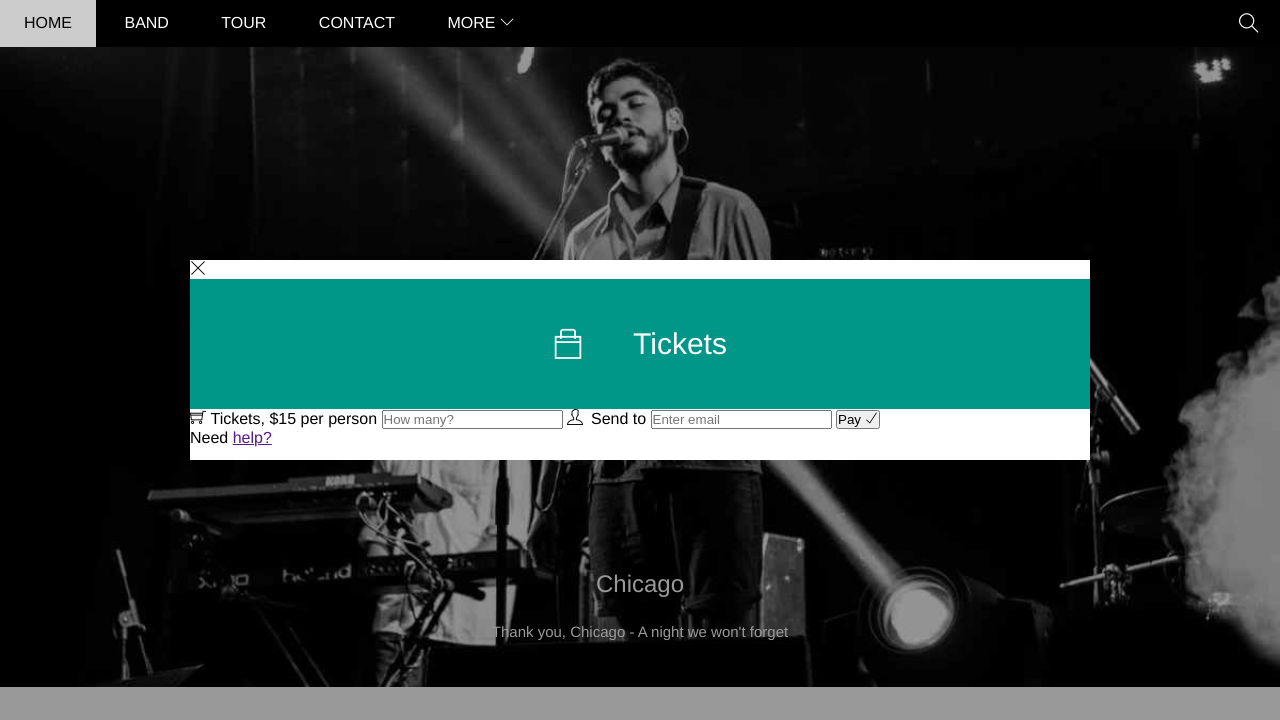
Repository: qhoa25623/The-Band
Page: index.html
An editor plug-in stored every save of this project. The page is shown before and after the next save, followed by the edit.
The browser window is 1280 px wide. The pictures show the window.
A layer covers the whole window, so only the first screen is drawn.

Above is the page before, as saved 2022-04-27 22:50:40.

After the next save:
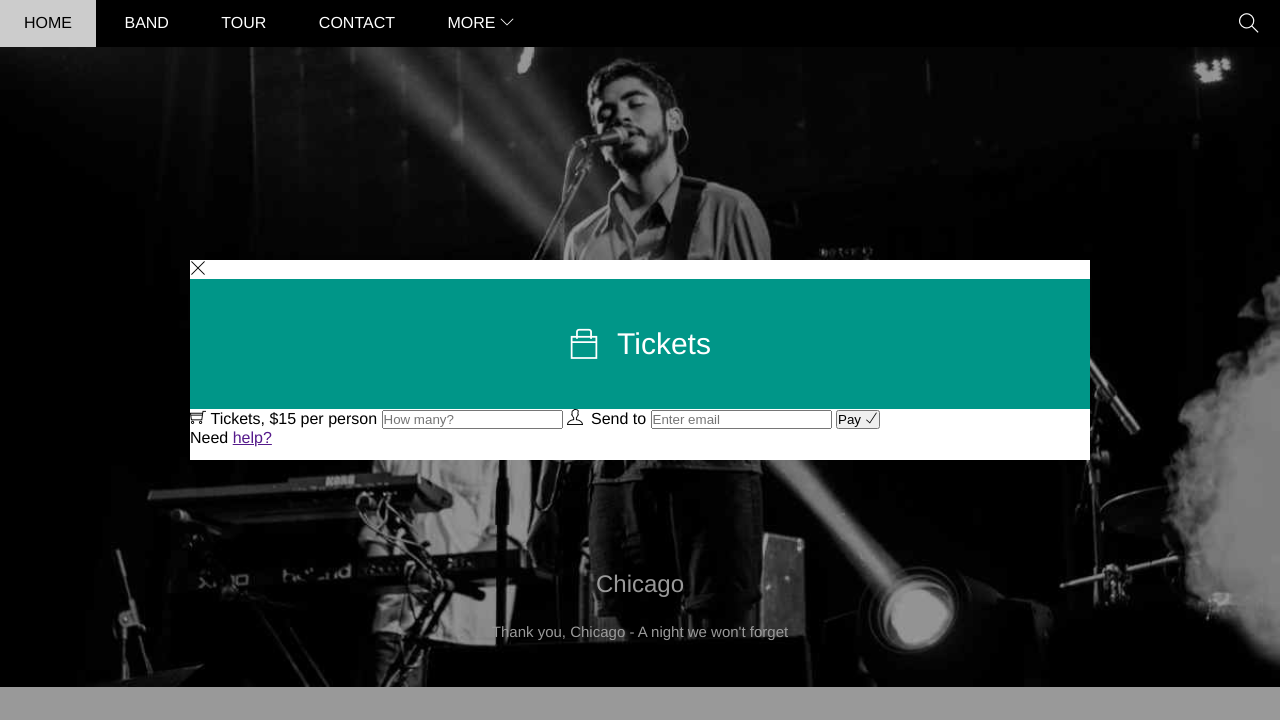
Saved 6 s later.
--- a/assets/css/styles.css
+++ b/assets/css/styles.css
@@ -256,5 +256,5 @@ html {
   color:#fff;
 }
 .modal-heading-icon{
-  margin-right:50px;
-}
+  margin-right:18px;
+}
